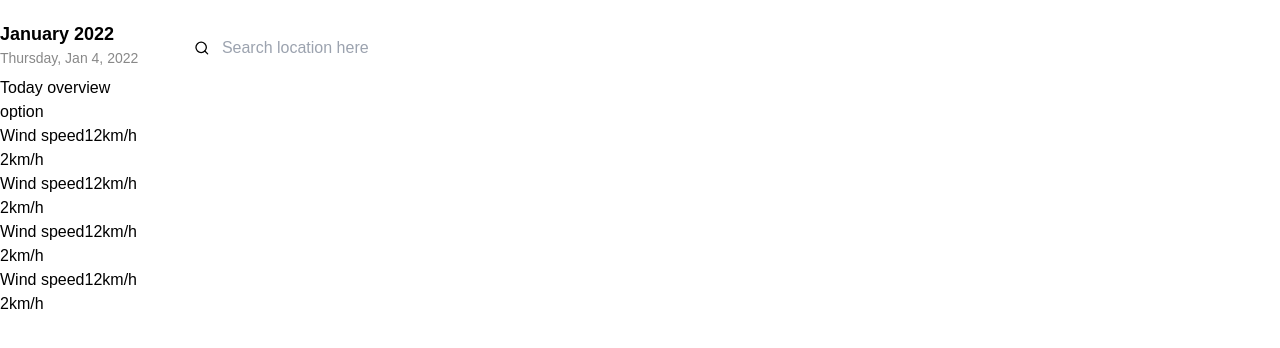
Repository: theweirdboiz/datawarehouse-ui
Page: /
The author's editor kept a copy of each file at every save. The page is drawn from the files as they stood at one save, then again after the next save.
The browser window is 1280 px wide. The pictures show the whole page.
The project was rebuilt for these pictures with package versions that can differ from the ones it lists, and the page was loaded fresh each time. Also part of the build but not shown: vite.config.js.

Above is the page before, as saved 2022-11-23 16:07:04.

After the next save:
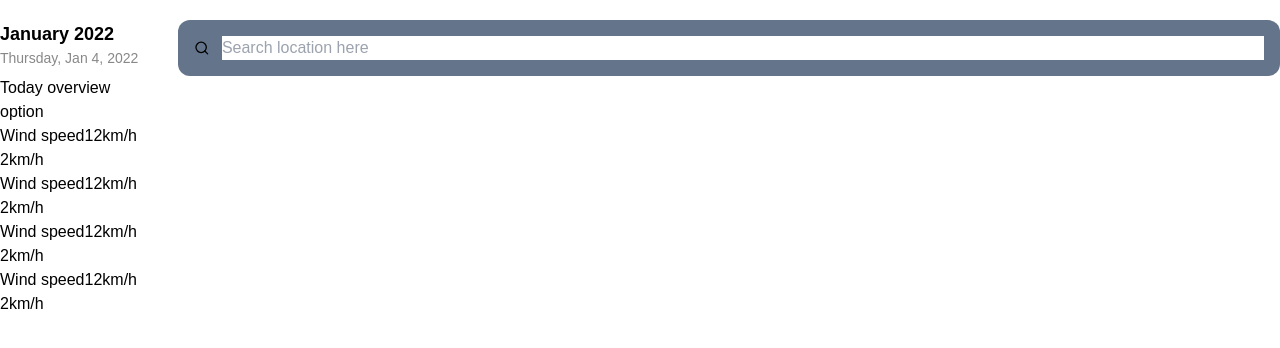
Saved 39 s later.
--- a/src/App.jsx
+++ b/src/App.jsx
@@ -13,7 +13,7 @@ function App() {
               <h3 className={date}>January 2022</h3>
               <div className={detailDate}>Thursday, Jan 4, 2022</div>
             </div>
-            <div className="content__search p-4 flex items-center gap-x-3 flex-1">
+            <div className="content__search p-4 flex items-center gap-x-3 flex-1 rounded-xl bg-slate-500">
               <FiSearch />
               <input
                 className="w-full"
